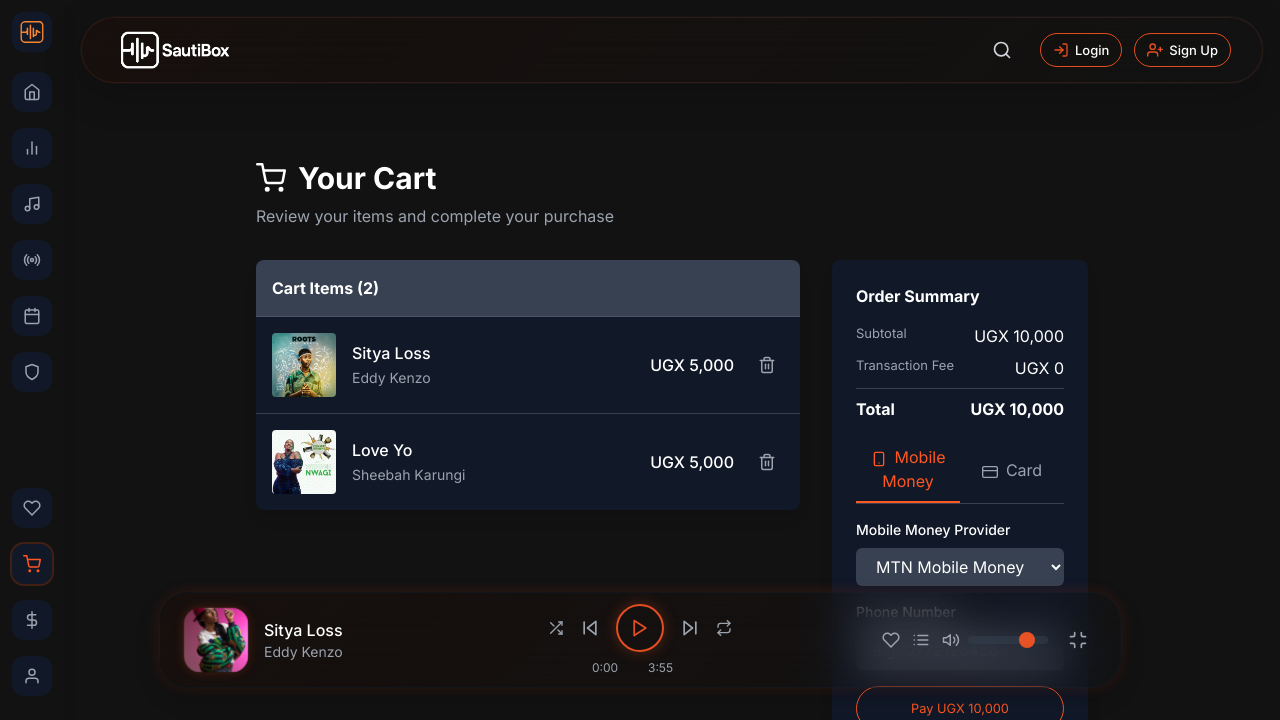
Repository: kaizoku010/sauti-box
Page: /cart
These files come from the project's save history. The page is drawn as it stood at one moment and after a run of saves; the edit follows.
The browser window is 1280 px wide. The pictures show the whole page.
An inner scrolling area shows only its first screen. The project was rebuilt for these pictures with package versions that can differ from the ones it lists, and the page was loaded fresh each time. The framework's server and built-in components were replaced by stand-ins that run in the browser. Also part of the build but not shown: next.config.mjs, next.config.ts.

Above is the page before, as saved 2025-04-22 12:14:05.

After the next 3 saves:
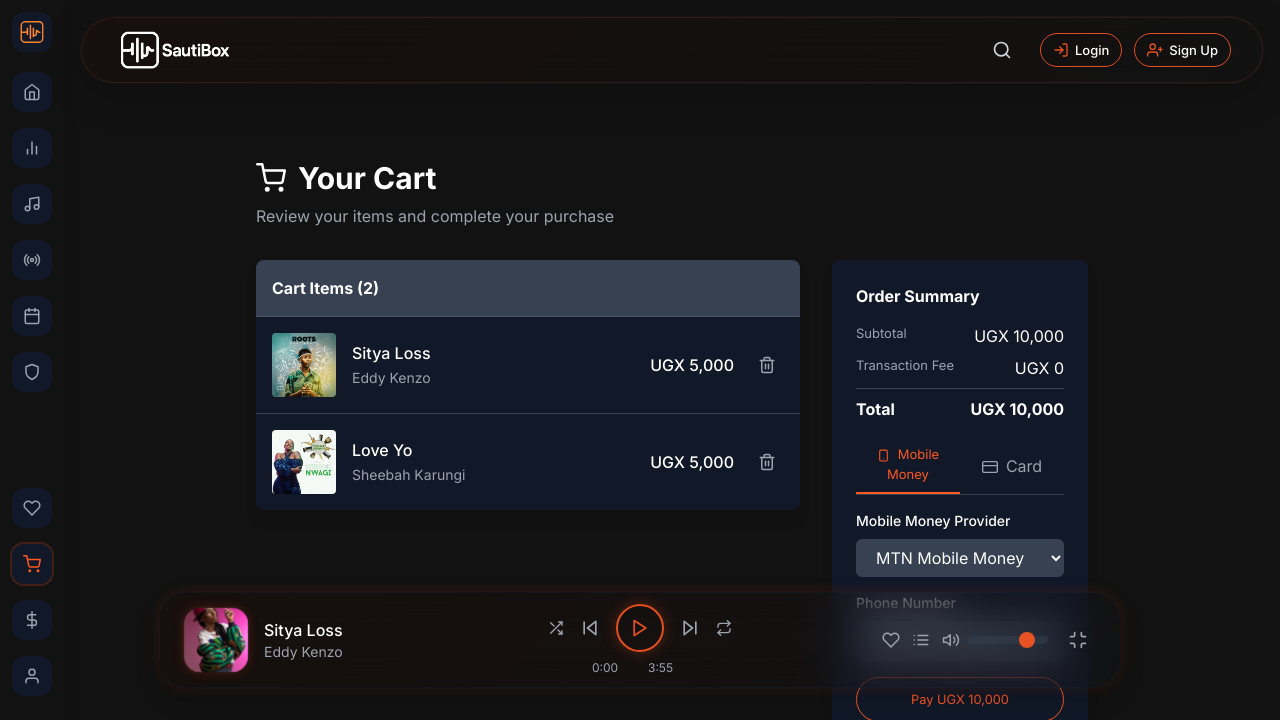
The 3 saves are shown as one change because they came seconds apart.
The last was saved 9 s later.
--- a/src/app/cart/page.tsx
+++ b/src/app/cart/page.tsx
@@ -153,6 +153,7 @@
                     <div className="flex border-b border-gray-700 mb-4">
                       <button
                         type="button"
+                        id='desc'
                         className={`flex-1 py-2 text-center ${paymentMethod === 'mobile_money' ? 'text-primary border-b-2 border-primary' : 'text-gray-400'}`}
                         onClick={() => setPaymentMethod('mobile_money')}
                       >
